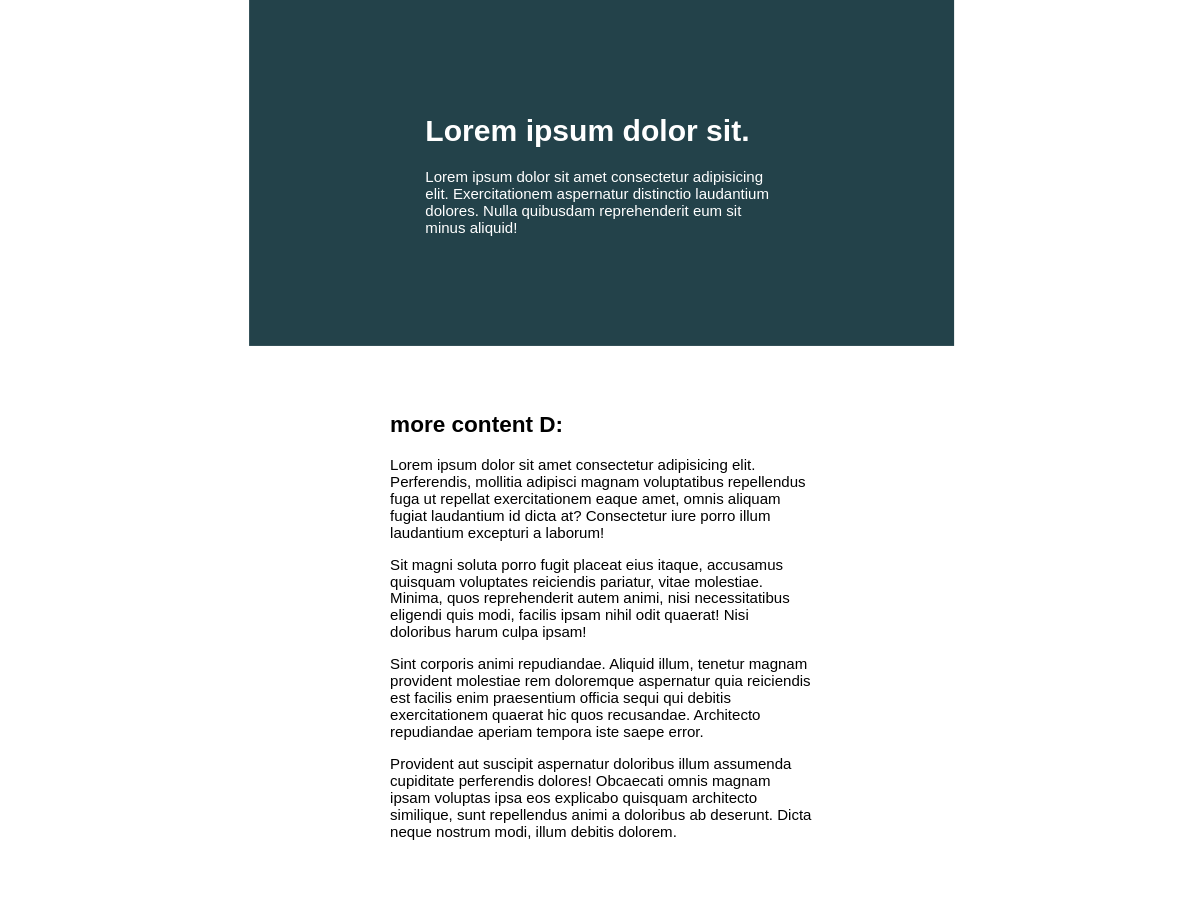
Repository: ufanodev/responsive-3
Page: index.html
An editor plug-in stored every save of this project. The page is shown before and after the next save, followed by the edit.
The browser window is 1280 px wide. The pictures show the whole page, at 94% of full size.

Above is the page before, as saved 2022-12-10 19:39:43.

### index.html
<!DOCTYPE html>
<html lang="en">
<head>
    <meta charset="UTF-8">
    <meta name="viewport" content="width=device-width, initial-scale=1.0">
    <title>KP Responsive Course</title>

    <link rel="stylesheet" href="style.css">
</head>
<body>

    <div class="container">
        <div class="intro-content">
            <h1>Lorem ipsum dolor sit.</h1>
            <p>Lorem ipsum dolor sit amet consectetur adipisicing elit. Exercitationem aspernatur distinctio laudantium dolores. Nulla quibusdam reprehenderit eum sit minus aliquid!</p>
        </div>
    </div>

    <div class ="intro-content">
        <h2>more content D:</h2>
            <p>Lorem ipsum dolor sit amet consectetur adipisicing elit. Perferendis, mollitia adipisci magnam voluptatibus repellendus fuga ut repellat exercitationem eaque amet, omnis aliquam fugiat laudantium id dicta at? Consectetur iure porro illum laudantium excepturi a laborum!</p>

            <p>Sit magni soluta porro fugit placeat eius itaque, accusamus quisquam voluptates reiciendis pariatur, vitae molestiae. Minima, quos reprehenderit autem animi, nisi necessitatibus eligendi quis modi, facilis ipsam nihil odit quaerat! Nisi doloribus harum culpa ipsam!</p>

            <p>Sint corporis animi repudiandae. Aliquid illum, tenetur magnam provident molestiae rem doloremque aspernatur quia reiciendis est facilis enim praesentium officia sequi qui debitis exercitationem quaerat hic quos recusandae. Architecto repudiandae aperiam tempora iste saepe error.</p>
            <p>Provident aut suscipit aspernatur doloribus illum assumenda cupiditate perferendis dolores! Obcaecati omnis magnam ipsam voluptas ipsa eos explicabo quisquam architecto similique, sunt repellendus animi a doloribus ab deserunt. Dicta neque nostrum modi, illum debitis dolorem.</p>
    </div>

</body>
</html>

### style.css
/* INSTRUCTIONS
 *
 * 1) Keep the text inside .intro-content
 *    in the same place, but have the background
 *    extend from one side of the viewport
 *    to the other, no matter how wide or narrow
 *    the browser is.
 *
 * 2) Limit the maximum width of the text in the
 *    bottom area.
 *
 * You may modify the HTML if needed
 * (you probably should for this challenge)
 *
 */

* {
  box-sizing: border-box;
}

body {
  margin: 0;
  font-family: sans-serif;
}

.container {
  width: 80%;
  max-width: 750px;
  margin: 0 auto;
  background: #23424a;
  color: white;
  padding: 50px 0;
}

.intro-content {
  width: 50%;
  max-width: 450px;
  margin: 0 auto;
  padding: 50px 0;
}

After the next save:
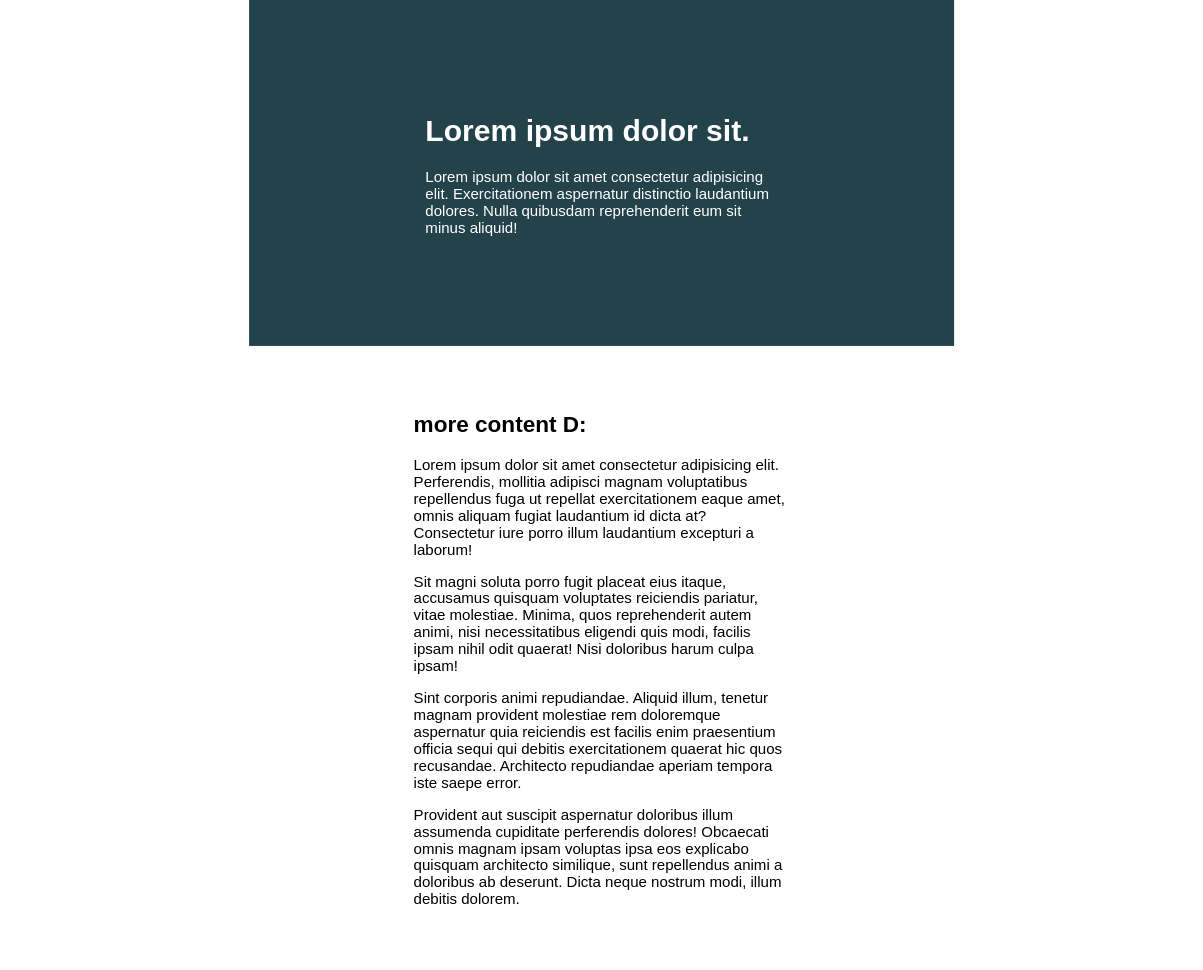
Saved 5 s later.
--- a/style.css
+++ b/style.css
@@ -34,7 +34,7 @@
 
 .intro-content {
   width: 50%;
-  max-width: 450px;
+  max-width: 400px;
   margin: 0 auto;
   padding: 50px 0;
 }

After the save that followed:
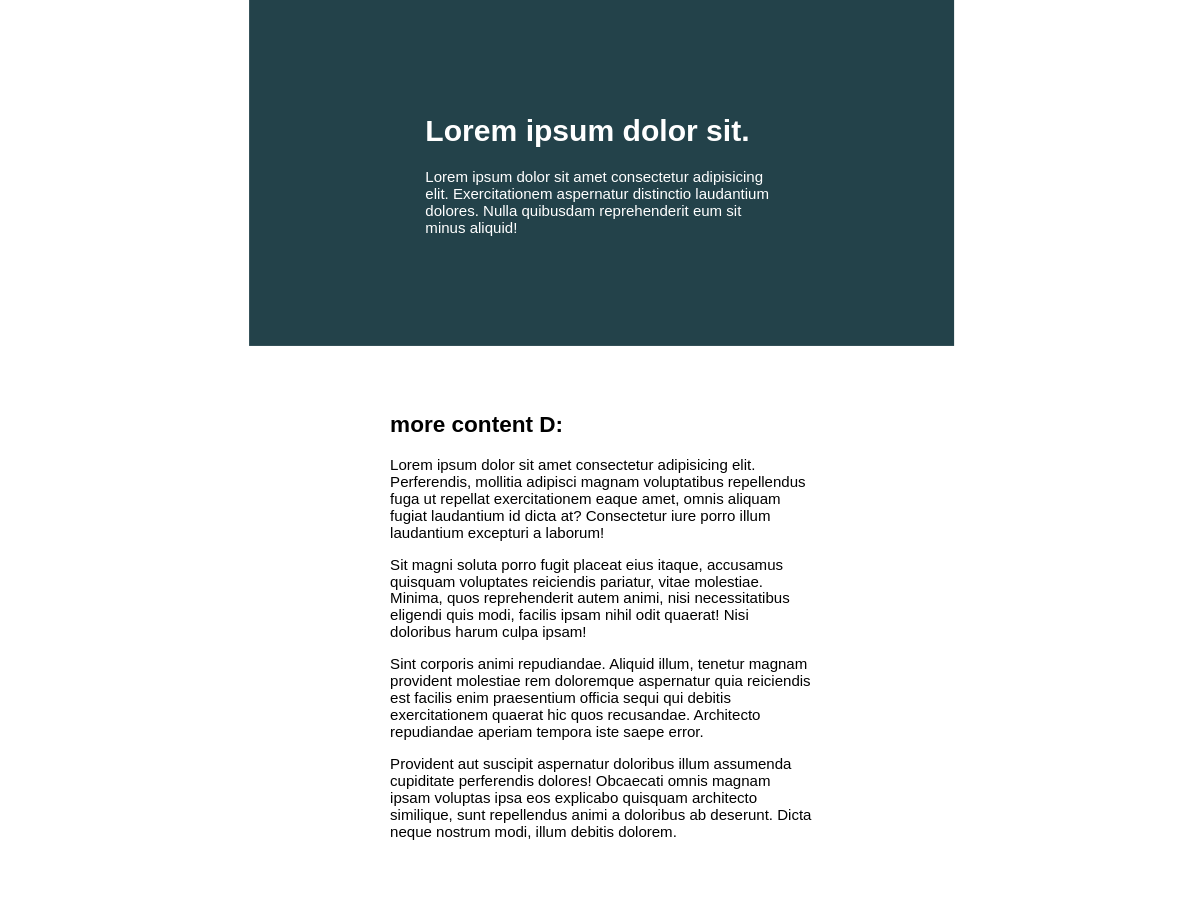
Saved 21 s later.
--- a/style.css
+++ b/style.css
@@ -34,7 +34,7 @@
 
 .intro-content {
   width: 50%;
-  max-width: 400px;
+  max-width: 450px;
   margin: 0 auto;
   padding: 50px 0;
 }
